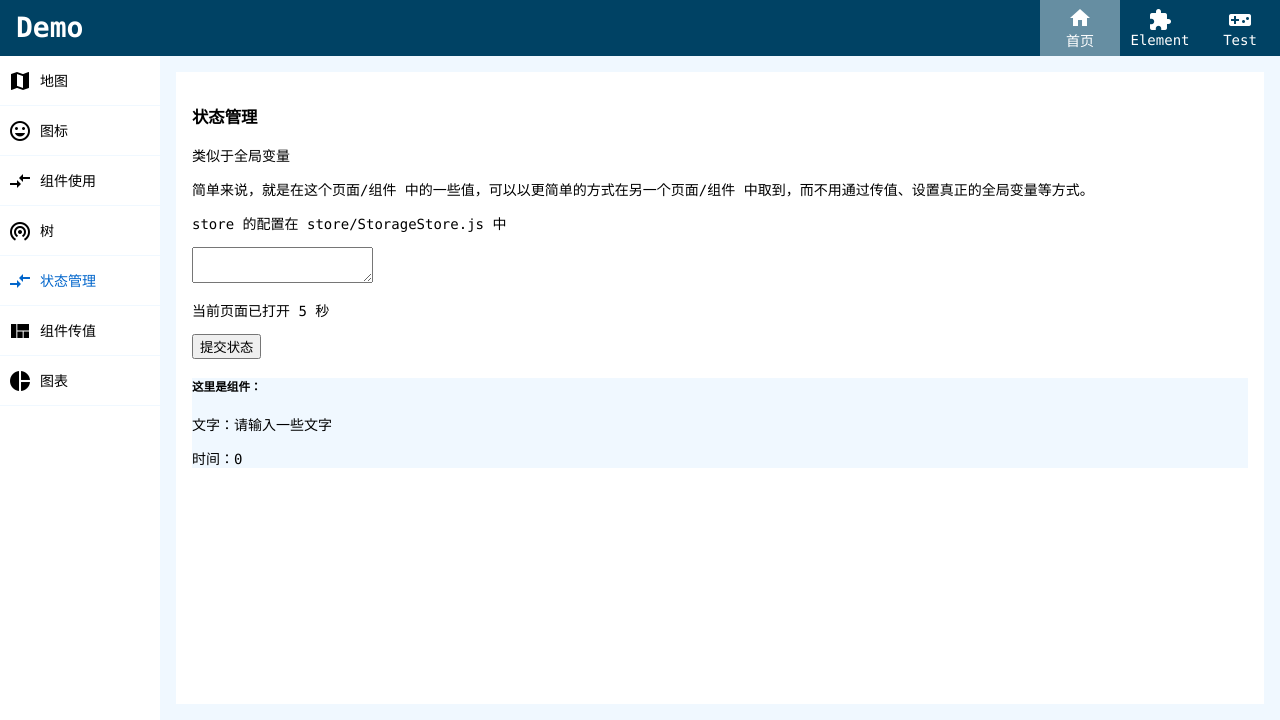
Repository: zh-webliker/element-vue
Page: /Main/Storage
These files come from the project's save history. The page is drawn as it stood at one moment and after the next save; the edit follows.
The browser window is 1280 px wide. The pictures show the whole page.
The project was rebuilt for these pictures with package versions that can differ from the ones it lists, and the page was loaded fresh each time. Also part of the build but not shown: vue.config.js. Imported but missing from the stored project, and not drawn on this page: src/json/contour, src/json/hl.

Above is the page before, as saved 2020-08-21 14:34:23.

### public/index.html
<!DOCTYPE html>
<html lang="en">
  <head>
    <meta charset="utf-8">
    <meta http-equiv="X-UA-Compatible" content="IE=edge">
    <meta name="viewport" content="width=device-width,initial-scale=1.0">
    <link rel="icon" href="<%= BASE_URL %>favicon.ico">
    <title>demo</title>

  </head>
  <body>
    <noscript>
      <strong>We're sorry but demo doesn't work properly without JavaScript enabled. Please enable it to continue.</strong>
    </noscript>
    <div id="app"></div>
    <!-- built files will be auto injected -->
  </body>
</html>

### src/main.js
import Vue from 'vue'
import App from './App.vue'
import router from './router'
import store from './store/store'

import './style/style.scss'
import 'material-icons'


/***
 * 初始化axios
 * https://www.kancloud.cn/yunye/axios/234845
 */
import axios from 'axios'
axios.defaults.baseURL = process.env.NODE_ENV === 'production' ? '/' : '/api';
axios.defaults.headers.withCredentials = true;
Vue.prototype.$axios = axios;

// import './style/test.scss'

/**
 * element
 * */
import Element from 'element-ui'
import './style/element-variables.scss'
Vue.use(Element);


Vue.config.productionTip = false;

new Vue({
  router,
  store,
  render: h => h(App)
}).$mount('#app');

### src/App.vue
<template>
  <div id="app">

    <!--header标签和下面的nav标签，是H5新增的标签，相当于有语义的div-->
    <header class="header">

      <h1>{{appName}}</h1>

      <nav>

        <!--router-link是vue自带组件，用于项目内跳转，会编译成a标签-->
        <router-link to="/Main">
          <i class="material-icons">home</i>
          <span>首页</span>
        </router-link>
        <router-link to="/Element">
          <i class="material-icons">extension</i>
          <span>Element</span>
        </router-link>

        <router-link to="/Test">
          <i class="material-icons">videogame_asset</i>
          <span>Test</span>
        </router-link>
        <!--<router-link to="/">
          <i class="material-icons">logout</i>
          <span>退出</span>
        </router-link>-->
      </nav>
    </header>

    <router-view/>

  </div>
</template>

<script>
  const appName = "Demo";

  export default ({
    name: "App",
    data(){
      return {
        appName
      }
    }
  })

</script>

<style lang="scss">

</style>

### src/router.js
import Vue from 'vue'
import Router from 'vue-router'

Vue.use(Router);

export default new Router({
  mode: 'history',
  routes: [
    {
      path: "/",
      redirect: "/Main"
    },
    {
      name: "Main",
      path: "/Main",
      component: ()=> import('./views/main/Main.vue'),
      children: [
        {
          path: "/",
          redirect: "/Main/Map"
        },
        {
          //在router-link跳转中，如果路由设置了name，也可以用name替代path
          name: "Map",
          path: "/Main/Map",
          component: ()=> import('./views/main/Map.vue')
        },
        {
          name: "Icon",
          path: "/Main/Icon",
          component: ()=> import('./views/main/Icon.vue')
        },
        {
          name: "Tree",
          path: "/Main/Tree",
          component: ()=> import('./views/main/Tree.vue')
        },
        {
          name: "Storage",
          path: "/Main/Storage",
          component: ()=> import('./views/main/Storage.vue')
        },
        {
          name: "Storage2",
          path: "/Main/Storage2",
          component: ()=> import('./views/main/Storage2.vue')
        },
        {
          name: "Deliver",
          path: "/Main/Deliver",
          component: ()=> import('./views/main/Deliver.vue')
        },
        {
          name: "Charts",
          path: "/Main/Charts",
          component: ()=> import('./views/main/Charts.vue')
        }
      ]
    },
    {
      name: "Element",
      path: "/Element",
      component: ()=> import('./views/element/ElementMain.vue'),
      children: [
        {
          path: "/",
          redirect: "/Element/Table"
        },
        {
          name: "Table",
          path: "/Element/Table",
          component: ()=> import('./views/element/Table.vue'),
        },
        {
          name: "Tab",
          path: "/Element/Tab",
          component: ()=> import('./views/element/Tab.vue'),
        },
        {
          name: "Form",
          path: "/Element/Form",
          component: ()=> import('./views/element/Form.vue'),
        },
        {
          name: "Tree",
          path: "/Element/Tree",
          component: ()=> import('./views/element/Tree.vue'),
        }
      ]
    },

    {
      name: "Test",
      path: "/Test",
      component: ()=> import('./views/test/Test.vue'),
      redirect: "/Test/Mixin",

      children:[
        {
          name: "Mixin",
          path: "/Test/Mixin",
          component: ()=> import('./views/test/mixins/Index.vue')
        },
        {
          name: "DraggableModule",
          path: "/Test/DraggableModule",
          component: ()=> import('./views/test/draggable/DraggableModule.vue')
        }
      ]
    },

    //把404页面放到最后匹配剩下的全部页面
    {
      name: "404",
      path: "*",
      component: ()=> import('./views/404.vue'),
    }

  ]
})

### src/store/store.js
import Vue from 'vue'
import Vuex from 'vuex'

import StorageStore from './StorageStore'

Vue.use(Vuex);

export default new Vuex.Store({
  state: {

  },
  mutations: {

  },
  actions: {

  },

  //引入模组store
  modules: {
    storage: StorageStore
  }
})

### src/style/style.scss


/*theme*/
$primaryColor: #0065cb;
$primaryTextColor: white;
$primaryBgColor: #004264;
$bgColor: white;

/*global*/
a {
  text-decoration: none;
  color: inherit;
}
.page {
  position: absolute;
  top: 56px;
  bottom: 0;
  left: 0;
  right: 0;
  background-color: aliceblue;
}


/*body*/
body{
  padding: 0; margin: 0;
  font-family: 'Consolas', 'Microsoft YaHei UI';
  font-size: 14px;
}

/*header*/
header {
  background-color: $primaryBgColor;
  color: $primaryTextColor;
  padding: 0 16px;
  position: relative;
  height: 56px;

  h1 {
    margin: 0;
    line-height: 56px;
  }

  nav {
    position: absolute;
    right: 0;
    top: 0;
    height: 100%;
    cursor: pointer;
    display: flex;
    justify-content: center;

    a {
      display: inline-flex;
      width: 80px;
      height: 100%;
      justify-content: center;
      flex-direction: column;
      text-align: center;

      &:hover{
        background-color: rgba(255,255,255,0.1);
      }

      &.router-link-active{
        background-color: rgba(255,255,255,0.4);
      }
    }
  }
}

/*left navbar*/
.left-nav {
  position: absolute;
  width: 160px;
  top: 0;
  bottom: 0;
  left: 0;
  background-color: white;
  //color: $primaryTextColor;


  a {
    position: relative;
    display: flex;
    width: 100%;
    height: 50px;
    cursor: pointer;

    &:hover{
      //background-color: rgba(100,100,100,0.1);
      color: rgb(100,100,100);
    }
    &.router-link-active{
      //background-color: rgba(0,0,0,0.1);
      color: $primaryColor;
    }
    &:after{
      content: "";
      position: absolute;
      bottom: 0;
      width: 100%;
      height: 1px;
      //transform: scaleY(0.5);
      background-color: aliceblue;
    }

    i {
      line-height: 50px;
      width: 40px;
      text-align: center;
      font-size: 24px;
    }
    span {
      line-height: 50px;
      font-size: 14px;
    }

  }
}


.page-content {
  position: absolute;
  left: 160px;
  top: 0;
  bottom: 0;
  right: 0;
  //background-color: aliceblue;
  margin: 16px;
  padding: 16px;
  background-color: white;
  overflow-y: auto;
  overflow-x: auto;

  article{
    padding-bottom: 80px;
  }
}

### src/style/element-variables.scss
/* 改变主题色变量 */
$--color-primary: #00806a;

/* 改变 icon 字体路径变量，必需 */
$--font-path: '~element-ui/lib/theme-chalk/fonts';

@import "~element-ui/packages/theme-chalk/src/index";

.el-main>div:nth-child(2){
  padding: 16px;
}

### src/views/main/Main.vue
<template>
  <div class="page">

    <nav class="left-nav">
      <router-link to="Map">
        <i class="material-icons">map</i>
        <span>地图</span>
      </router-link>
      <router-link to="Icon">
        <i class="material-icons">insert_emoticon</i>
        <span>图标</span>
      </router-link>
      <router-link to="Storage2">
        <i class="material-icons">compare_arrows</i>
        <span>组件使用</span>
      </router-link>
      <router-link to="Tree">
        <i class="material-icons">wifi_tethering</i>
        <span>树</span>
      </router-link>
      <router-link to="Storage">
        <i class="material-icons">compare_arrows</i>
        <span>状态管理</span>
      </router-link>
      <router-link to="Deliver">
        <i class="material-icons">view_quilt</i>
        <span>组件传值</span>
      </router-link>
      <router-link to="Charts">
        <i class="material-icons">pie_chart</i>
        <span>图表</span>
      </router-link>
    </nav>

    <div class="page-content">
      <router-view/>
    </div>
  </div>
</template>

<script>
  export default {
    name: "Main"
  }
</script>

<style scoped>

</style>

### src/views/main/Storage.vue
<template>
  <div>
    <h3>状态管理</h3>

    <p>类似于全局变量</p>

    <p>简单来说，就是在这个页面/组件 中的一些值，可以以更简单的方式在另一个页面/组件 中取到，而不用通过传值、设置真正的全局变量等方式。</p>
    <p>store 的配置在 store/StorageStore.js 中</p>

    <form>
      <textarea title="storageText" v-model="storageText"></textarea>
    </form>
    <p>当前页面已打开 {{storageTime}} 秒</p>
    <p><button @click="commitStorage">提交状态</button></p>

    <storage-component/>
  </div>
</template>

<script>
  import StorageComponent from '../../components/StorageComponent';

  export default {
    name: "Storage",
    components:{
      StorageComponent
    },
    data(){
      return {
        storageText: "",
        storageTime: 0,
        interval: null
      }
    },
    mounted(){
      //计时
      this.interval = setInterval(()=>{
        this.storageTime += 1;
      }, 1000);
    },
    methods:{
      /***
       * 提交状态
       * 两种方式都可以，直接使用commit或者调用dispatch action
       * 不能直接使用 store.state.a = a;
       */
      commitStorage(){
        // this.$store.commit('storage/setText', this.storageText);
        // this.$store.commit('storage/setTime', this.storageTime);
        this.$store.dispatch('storage/setStorage', {text: this.storageText, time: this.storageTime})
          .then(()=> {
            // alert(`状态提交成功: ${this.storageText}, ${this.storageTime}`)
          });
      }
    },
    destroyed(){
      // this.interval = null;
    }
  }
</script>

<style scoped>

</style>

### src/store/StorageStore.js

//vuex store 模块
//https://vuex.vuejs.org/zh/guide/modules.html

export default {

  //开启命名空间
  namespaced: true,

  //状态
  state: {
    "storageText": "请输入一些文字",
    "storageTime": 0
  },

  //set操作
  mutations: {
    setText: (state, text)=> state.storageText = text,
    setTime: (state, time)=> state.storageTime = time
  },

  //批量操作，可以执行异步
  actions: {
    setStorage(context, obj){
      context.commit('setText', obj.text);
      context.commit('setTime', obj.time);
    }
  },

  //get操作
  getters:{
    getText(state) {
      return state.storageText;
    },
    getTime(state) {
      return state.storageTime;
    },
    getNextTime(state){
      return state.storageTime + 60;
    }
  }
}

### src/components/StorageComponent.vue
<template>
  <div style="background: aliceblue">
    <h5>这里是组件：</h5>
    <p>文字：{{text}}</p>
    <p>时间：{{time}}</p>
    <p>{{displayText}}</p>
  </div>
</template>

<script>
  export default {
    name: "StorageComponent",
    data(){
      return {
        displayText: "",
        changeTimes: 0,
      }
    },
    computed: {
      text(){
        //这是module在空间的写法
        return this.$store.getters['storage/getText'];
      },
      time(){
        // return this.$store.getters.getTime;
        return this.$store.getters['storage/getTime'];
      }
    },
    watch: {
      //store中的值可以用watch监听变化
      text() {
        this.changeTimes ++;
        if(this.changeTimes>0){
          this.displayText = "已改变文字次数：" + this.changeTimes;
        }else{
          this.displayText = ""
        }
      }
    }
  }
</script>

<style scoped>

</style>

After the next save:
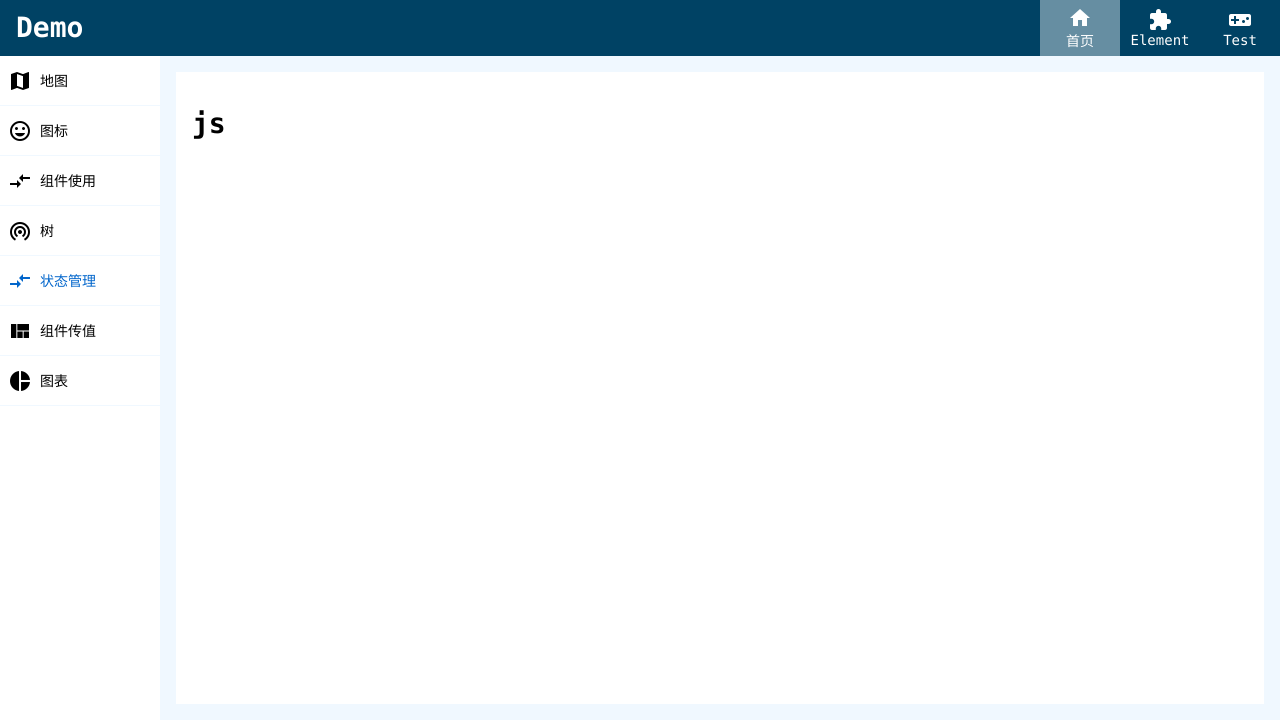
Saved 98 s later.
--- a/src/views/main/Storage.vue
+++ b/src/views/main/Storage.vue
@@ -1,61 +1,25 @@
 <template>
   <div>
-    <h3>状态管理</h3>
-
-    <p>类似于全局变量</p>
-
-    <p>简单来说，就是在这个页面/组件 中的一些值，可以以更简单的方式在另一个页面/组件 中取到，而不用通过传值、设置真正的全局变量等方式。</p>
-    <p>store 的配置在 store/StorageStore.js 中</p>
-
-    <form>
-      <textarea title="storageText" v-model="storageText"></textarea>
-    </form>
-    <p>当前页面已打开 {{storageTime}} 秒</p>
-    <p><button @click="commitStorage">提交状态</button></p>
-
-    <storage-component/>
+    <h1>js</h1>
   </div>
 </template>
 
 <script>
-  import StorageComponent from '../../components/StorageComponent';
+
 
   export default {
     name: "Storage",
     components:{
-      StorageComponent
     },
     data(){
       return {
-        storageText: "",
-        storageTime: 0,
-        interval: null
       }
     },
     mounted(){
-      //计时
-      this.interval = setInterval(()=>{
-        this.storageTime += 1;
-      }, 1000);
     },
     methods:{
-      /***
-       * 提交状态
-       * 两种方式都可以，直接使用commit或者调用dispatch action
-       * 不能直接使用 store.state.a = a;
-       */
-      commitStorage(){
-        // this.$store.commit('storage/setText', this.storageText);
-        // this.$store.commit('storage/setTime', this.storageTime);
-        this.$store.dispatch('storage/setStorage', {text: this.storageText, time: this.storageTime})
-          .then(()=> {
-            // alert(`状态提交成功: ${this.storageText}, ${this.storageTime}`)
-          });
-      }
+
     },
-    destroyed(){
-      // this.interval = null;
-    }
   }
 </script>
 
